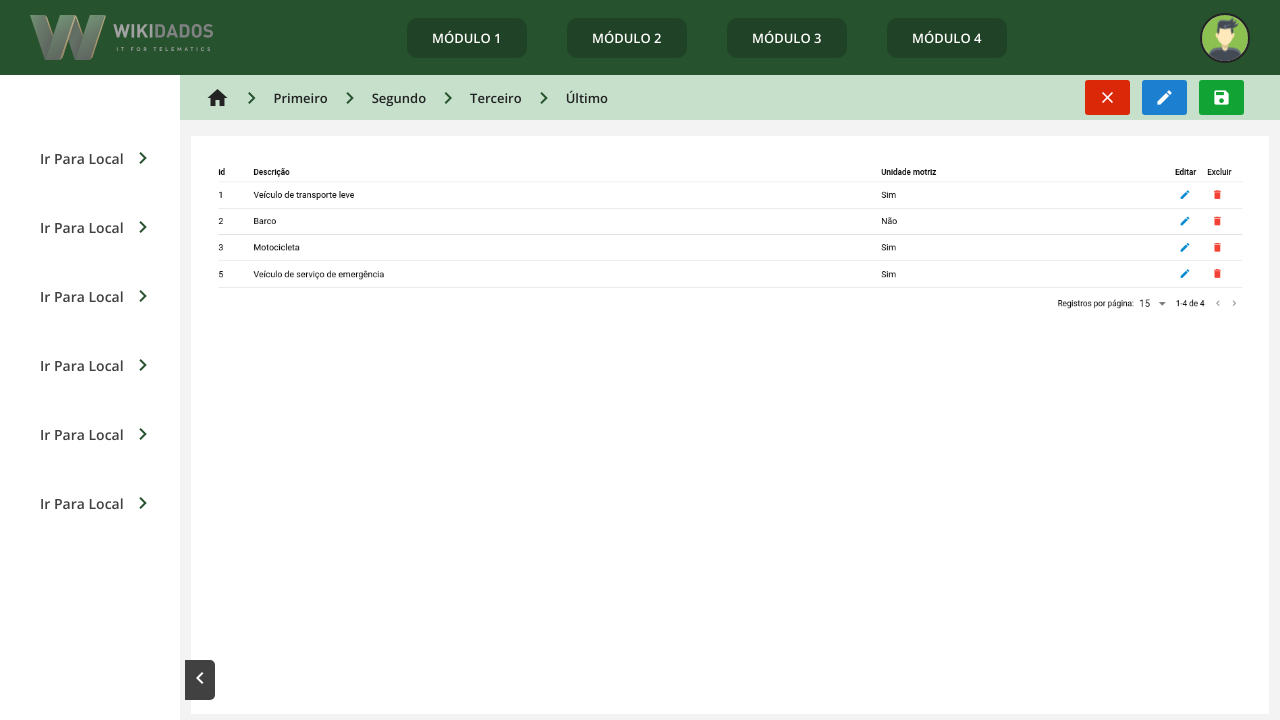
Repository: AlexDjon/alexdjon.github.io
Page: wiki-relayout/index.html
The author's editor kept a copy of each file at every save. The page is drawn from the files as they stood at one save, then again after a run of saves.
The browser window is 1280 px wide. The pictures show the whole page.

Above is the page before, as saved 2020-08-12 17:05:58.

### wiki-relayout/index.html
<!DOCTYPE html>
<html lang="pt-br">

<head>
  <meta charset="UTF-8">
  <meta name="viewport" content="width=device-width, initial-scale=1.0">
  <title>Wiki - Relayout</title>

  <link rel="shotcut icon" href="https://wikidados.com.br/assets/wiki/img/logos/favicon.ico">
  <link href="https://fonts.googleapis.com/icon?family=Material+Icons" rel="stylesheet">
  <link href="https://fonts.googleapis.com/css2?family=Open+Sans:wght@400;600;700&display=swap" rel="stylesheet">
  <link rel="stylesheet" href="css/styles.css">
</head>

<body>
  <header class="cabecalho">
    <img src="img/logo.svg" alt="Logo Wiki" class="logo">

    <div class="modulos">
      <button>Módulo 1</button>
      <button>Módulo 2</button>
      <button>Módulo 3</button>
      <button>Módulo 4</button>
    </div>

    <button class="user">
    </button>
  </header>

  <aside class="areas">
    <ul>
      <li><i class="material-icons">donut_large</i> Editar perfil</li>
      <li><i class="material-icons">grade</i> Favoritos</li>
      <li><i class="material-icons">history</i> Histórico</li>
      <li><i class="material-icons">power_settings_new</i> Sair</li>
    </ul>
  </aside>

  <main class="conteudo">
    <nav class="navbar">
      <ul class="menu">
        <li>Ir para local <i class="material-icons">chevron_right</i></li>
        <li>Ir para local <i class="material-icons">chevron_right</i></li>
        <li>Ir para local <i class="material-icons">chevron_right</i></li>
        <li>Ir para local <i class="material-icons">chevron_right</i></li>
        <li>Ir para local <i class="material-icons">chevron_right</i></li>
        <li>Ir para local <i class="material-icons">chevron_right</i></li>
      </ul>

      <button class="close">
        <i class="material-icons">chevron_left</i>
      </button>
    </nav>

    <div class="meio">
      <div class="barra">
        <ul class="caminho">
          <li>
            <i class="material-icons">home</i>
          </li>
          <li id="separator">
            <i class="material-icons">chevron_right</i>
          </li>
          <li>
            Primeiro
          </li>
          <li id="separator">
            <i class="material-icons">chevron_right</i>
          </li>
          <li>
            Segundo
          </li>
          <li id="separator">
            <i class="material-icons">chevron_right</i>
          </li>
          <li>
            Terceiro
          </li>
          <li id="separator">
            <i class="material-icons">chevron_right</i>
          </li>
          <li>
            Último
          </li>
        </ul>

        <div class="list-buttons">
          <button>
            <i class="material-icons">close</i>
          </button>
          <button>
            <i class="material-icons">edit</i>
          </button>
          <button>
            <i class="material-icons">save</i>
          </button>
        </div>
      </div>

      <div class="viewer">
        <img src="img/tabela-exemplo.png" alt="Tabela">
      </div>
    </div>

  </main>

  <script src="js/scripts.js"></script>
</body>

</html>

### wiki-relayout/css/styles.css
* {
  padding: 0;
  margin: 0;
  font-weight: 100%;
  font-family: 'Open Sans', sans-serif;
  border: 0;
  outline: 0;
  box-sizing: border-box;
}

body {
  background: #f3f3f3;
}

:root {
  --verdeW: #26522e;
  --verdeW2: #204226;
  --verdeW-semi: #c6e0cc;
  --verde: #32a852;
  --black: #232323;
  --black2: #414141;
  --white: #ffffff;
  --grey: #3b3b3b;
  --shadow: -4px 4px 8px 0px rgba(10, 10, 10, 0.27);
  --cabecalhoY: 75px;
  --barrY: 45px;
}

/* CABECALHO */
.cabecalho {
  width: 100%;
  height: var(--cabecalhoY);
  background: var(--verdeW);
  padding: 10px 30px;
  display: flex;
  justify-content: space-between;
  align-items: center;
}

.cabecalho .logo {
  height: 45px;
  filter: contrast(40%)
}

.cabecalho .modulos {
  display: flex;
}
.cabecalho .modulos button {
  margin: 0 20px;
  width: 120px;
  height: 40px;
  border-radius: 10px;
  background-color: var(--verdeW2);
  color: var(--white);
  font-size: 13px;
  text-transform: uppercase;
  font-weight: 600;
  cursor: pointer;
  transition: filter 0.3s;
}
.cabecalho .modulos button:hover {
  filter: brightness(90%);
}
.cabecalho .user {
  height: 50px;
  width: 50px;
  border-radius: 50%;
  border: solid 2px var(--black);

  background-image: url(../img/avatar1.png);
  background-size: cover;
  background-position: center center;

  cursor: pointer;
}

/* AREAS */
.areas {
  display: none;
  min-width: 180px;
  position: absolute;
  top: var(--cabecalhoY);
  right: 0;
  background-color: var(--white);
  box-shadow: var(--shadow);
}
.areas.ativo {
  display: block;
}
.areas ul {
  list-style: none;
  padding: 10px 20px 10px 40px;
}
.areas ul li {
  margin: 17px 0;
  font-size: 15px;
  color: var(--black2);

  display: flex;
  justify-content: flex-start;
  align-items: center;
  transition: color 0.3s;
  cursor: pointer;
}
.areas ul li:hover {
  color: var(--black);
}
.areas ul li i {
  margin-right: 8px;
  font-size: 17px;
  color: var(--verdeW);
}


/* NAVBAR */
.navbar {
  width: 210px;
  height: calc(100vh - var(--cabecalhoY));
  background: var(--white);
  /* border-bottom: solid 20px var(--verdeW); */
}
.navbar.ativo {
  width: 0;
}
.navbar .menu {
  padding: 50px 0 50px 30px;
  display: flex;
  flex-direction: column;
  justify-content: flex-start;
  align-items: flex-start;
  list-style: none;
}
.navbar .menu li {
  margin: 14px 0;
  text-transform: capitalize;
  font-weight: 600;
  color: var(--black2);
  font-size: 14px;
  padding: 7px 3px 10px 10px;
  /* border-bottom: solid 1px var(--white);
  border-radius: 0 0 5px 0; */

  display: flex;
  justify-content: space-between;
  align-items: center;

  cursor: pointer;
}
.navbar .menu li i {
  margin-left: 7px;
  color: var(--black2);
}
.navbar .menu li i {
  color: var(--verdeW);
}
.navbar .close {
  position: absolute;
  bottom: 20px;
  width: 30px;
  border-radius: 0 5px 5px 0;
  height: 40px;
  background: var(--black2);
  left: 184.92px;
  margin: 0;
  cursor: pointer;
  transition: filter 0.3s;
}
.navbar .close:hover {
  filter: brightness(110%);
}
.navbar .close i {
  color: var(--white);
}


/* CONTEUDO */
.conteudo {
  width: 100%;
  height: calc(100vh - var(--cabecalhoY));

  display: flex;
}

.meio {
  width: 100%;
  display: flex;
  flex-direction: column;
}

.meio .barra {
  width: 100%;
  height: var(--barrY);
  padding: 0 20px;
  margin-bottom: 10px;
  background-color: var(--verdeW-semi);
  display: flex;
  justify-content: space-between;
  align-items: center;
}
/*
.meio .barra div#separator span i {
  margin: 0 5px;
  color: var(--verdeW);
} */
.meio .barra .caminho {
  height: var(--barrY);
  display: flex;
  align-items: center;
  list-style: none;
}
.meio .barra .caminho li {
  height: var(--barrY);
  margin: 0 5px;
  font-size: 13px;
  font-weight: 600;
  color: var(--black);
  display: flex;
  align-items: center;
}
.meio .barra .caminho li:not(#separator) {
  cursor: pointer;
}

.meio .barra .caminho li#separator {
  color: var(--verdeW);
}

.list-buttons {
  margin: 0 10px;
  display: flex;
}
.list-buttons button {
  height: 35px;
  width: 45px;
  margin: 0 6px 0 6px;
  border-radius: 3px;
  display: flex;
  justify-content: center;
  align-items: center;
  /* border: solid 1px var(--white); */
  background: var(--verdeW2);
  cursor: pointer;
}
.list-buttons button i {
  font-size: 19px;
  color: var(--white);
}
.list-buttons button:nth-child(1) {
  background: #db2809;
}
.list-buttons button:nth-child(2) {
  background: #1d7fcf;
}
.list-buttons button:nth-child(3) {
  background: #11a333;
}

/* VIEWER */
.viewer {
  width: 98%;
  margin: 6px 1%;
  padding: 20px;
  height: calc(100vh - calc(var(--cabecalhoY) + var(--barrY)) - 12px);
  background-color: var(--white);
  display: flex;
  justify-content: center;
  align-items: flex-start;
}

.viewer img {
  width: 100%;
}

### wiki-relayout/js/scripts.js
function getItem (info) {
  return document.querySelector(info)
}

getItem('.user').addEventListener('click', () => {
  getItem('.areas').classList.toggle('ativo')
})

getItem('.navbar .close').addEventListener('click', function () {

  getItem('.navbar').classList.toggle('ativo')

  const thisIcon = (context, value, action = 'get') => {
    if (action == 'get') {
      return context.firstElementChild
    }
    else if (action == 'change') {
      context.firstElementChild.textContent = value
    }
  }

  const icon = thisIcon(this).textContent

  if (icon === 'chevron_left') {
    this.style.left = '0px'
    thisIcon(this, 'chevron_right', 'change')
  }
  else {
    this.style.left = '184.92px'
    thisIcon(this, 'chevron_left', 'change')
  }
})

After the next 3 saves:
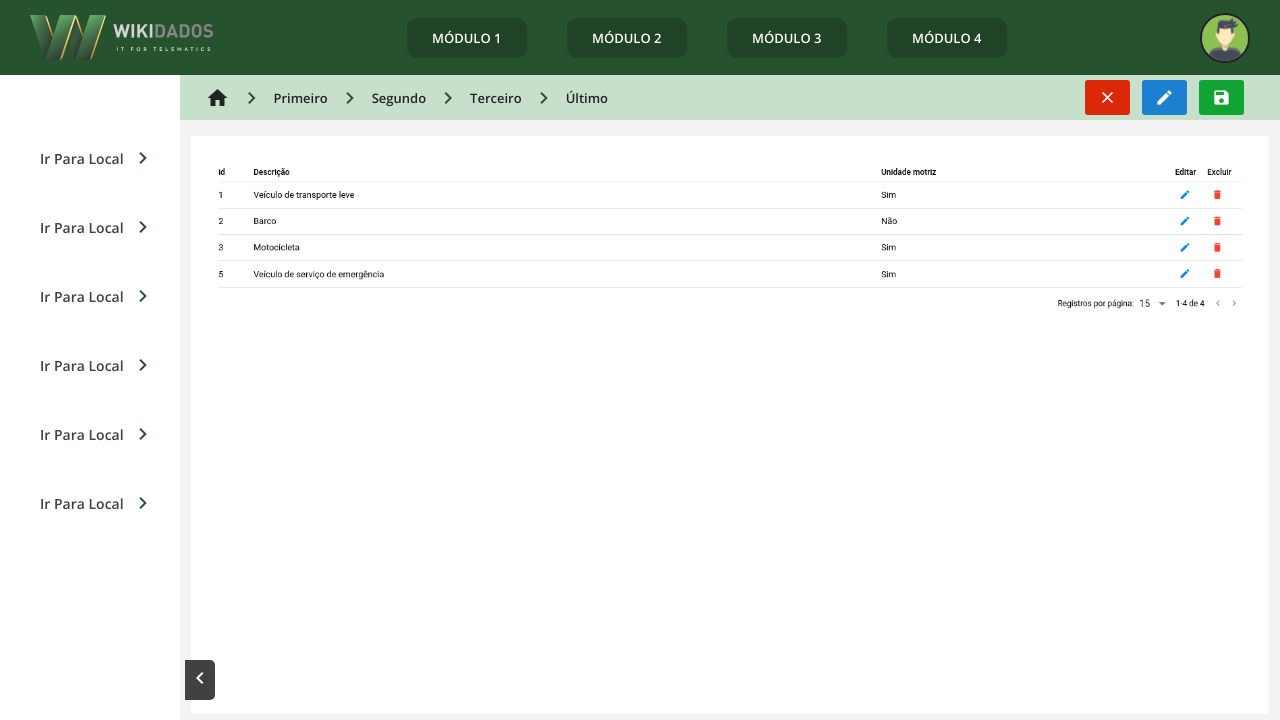
The 3 saves are shown as one change because they came seconds apart.
The last was saved 14 s later.
--- a/wiki-relayout/css/styles.css
+++ b/wiki-relayout/css/styles.css
@@ -39,7 +39,7 @@ body {
 
 .cabecalho .logo {
   height: 45px;
-  filter: contrast(40%)
+  filter: grayscale(0%);
 }
 
 .cabecalho .modulos {
